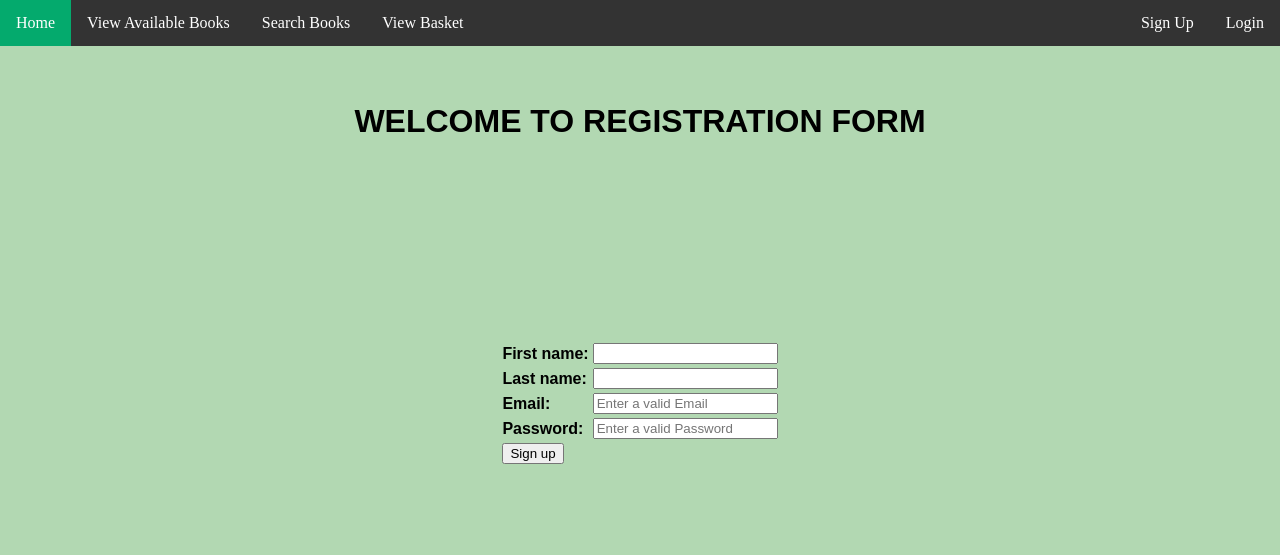
Repository: sach7691/original-book-store
Page: http://localhost/online-book-store-application/
These files come from the project's save history. The page is drawn as it stood at one moment and after the next save; the edit follows.
The browser window is 1280 px wide. The pictures show the whole page.
The page is served by Tomcat 9. Other server files are loaded and not shown.

Above is the page before, as saved 2022-08-25 16:29:10.

### online-book-store-application/src/main/webapp/index.jsp
<%@ page language="java" contentType="text/html; charset=ISO-8859-1"
	pageEncoding="ISO-8859-1"%>

<!DOCTYPE html>
<html>
<head>
<meta charset="ISO-8859-1">
<title>Registration Form</title>
<style>
body {margin: 0;
 background: rgba(0, 128, 0, 0.3);}

 table {
	font-family : Arial, Helvetica, sans-serif;
	font-size : 100%;
    font-weight: bold;
    background-color: light green
}
 h1 {
   color: black;
   font-family: Arial;
   text-align: center
 }
 table.center {
  margin-left: auto;
  margin-right: auto;
}


ul.topnav {
  list-style-type: none;
  margin: 0;
  padding: 0;
  overflow: hidden;
  background-color: #333;
}

ul.topnav li {float: left;}

ul.topnav li a {
  display: block;
  color: white;
  text-align: center;
  padding: 14px 16px;
  text-decoration: none;
}

ul.topnav li a:hover:not(.active) {background-color: #111;}

ul.topnav li a.active {background-color: #04AA6D;}

ul.topnav li.right {float: right;}

@media screen and (max-width: 600px) {
  ul.topnav li.right,
  ul.topnav li {float: none;}
}
</style>
</head>
<body>

<div>
<ul class="topnav">
  <li><a class="active" href="welcome.jsp">Home</a></li>
  <li><a href="http://localhost:8080/online-book-store-application/ViewBookServlet">View Available Books</a></li>
  <li><a href="search_book.jsp">Search Books</a></li>
  <li><a href="http://localhost:8080/online-book-store-application/BasketViewServlet">View Basket</a></li>
  <li class="right"><a href="login.jsp">Login</a></li>
  <li class="right"><a href="index.jsp">Sign Up</a></li>
</ul>
</div>
<BR>
<BR>
<div><h1><b>WELCOME TO REGISTRATION FORM</b></h1></div>

	<form action="http://localhost:8080/online-book-store-application/CustomerRegistrationServlet" method="POST">
		<table class ="center" style ="margin-top:200px">
		<tr>
		<td><label for="firstName">First name:</label><br> </td>
		<td><input type="text" id="firstName" name="firstName" value="" ><br></td>
		</tr>
		<tr>
		<td><label for="lastName">Last name:</label><br></td>
		<td><input type="text" id="lastName" name="lastName" value=""><br></td>
		</tr>
		<tr>
		<td><label for="customerEmail">Email:</label><br> </td>
		<td><input type="text" id="customerEmail" name="customerEmail" placeholder="Enter a valid Email"><br></td>
		</tr>
		<tr>
		<td><label for="customerpassword">Password:</label><br> </td>
		<td><input type="password" id="customerpassword" name="customerpassword" placeholder="Enter a valid Password"><br></td>
		</tr>
		<tr>
		<td><input type="submit" class="signupbtn" value="Sign up"></td>
		</tr>
		</table>
	</form>




</body>
</html>

After the next save:
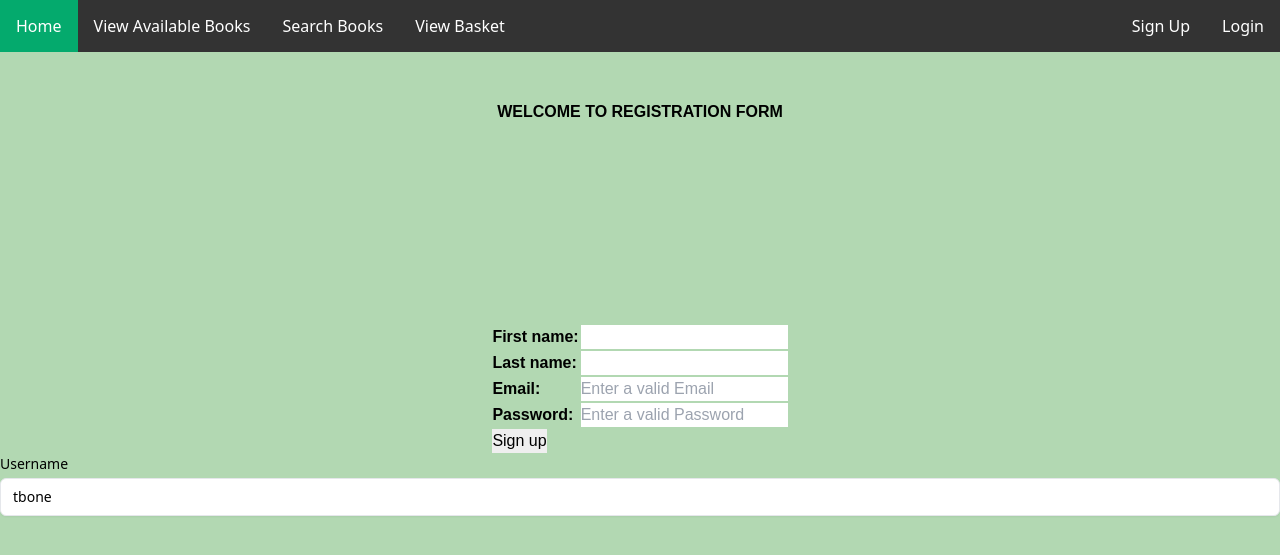
Saved 83 s later.
--- a/online-book-store-application/src/main/webapp/index.jsp
+++ b/online-book-store-application/src/main/webapp/index.jsp
@@ -95,6 +95,44 @@ ul.topnav li.right {float: right;}
 		<td><input type="submit" class="signupbtn" value="Sign up"></td>
 		</tr>
 		</table>
+
+	<link href="https://unpkg.com/tailwindcss@%5E1.0/dist/tailwind.min.css"
+    rel="stylesheet">
+
+  <form>
+  <label class="block">
+    <span class="block text-sm font-medium text-slate-700">Username</span>
+    <!-- Using form state modifers, the classes can be identical for every input -->
+    <input type="text" value="tbone" disabled class="mt-1 block w-full px-3 py-2 bg-white border border-slate-300 rounded-md text-sm shadow-sm placeholder-slate-400
+      focus:outline-none focus:border-sky-500 focus:ring-1 focus:ring-sky-500
+      disabled:bg-slate-50 disabled:text-slate-500 disabled:border-slate-200 disabled:shadow-none
+      invalid:border-pink-500 invalid:text-pink-600
+      focus:invalid:border-pink-500 focus:invalid:ring-pink-500
+    "/>
+  </label>
+  <!-- ... -->
+</form>
+
+
+
+
+
+
+
+
+
+
+
+
+
+
+
+
+
+
+
+
+
 	</form>
 
 
